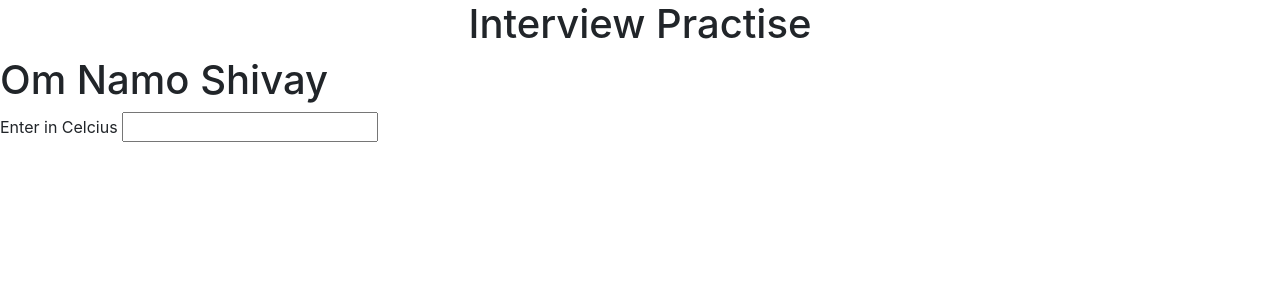
Repository: punitbathija/Machine-Round-React
Page: /
The author's editor kept a copy of each file at every save. The page is drawn from the files as they stood at one save, then again after the next save.
The browser window is 1280 px wide. The pictures show the whole page.
The project was rebuilt for these pictures with package versions that can differ from the ones it lists, and the page was loaded fresh each time. Also part of the build but not shown: src/components/counter.jsx, src/components/ProgressBar.js, src/components/CurrencyCoverter.js.

Above is the page before, as saved 2023-06-01 14:08:48.

After the next save:
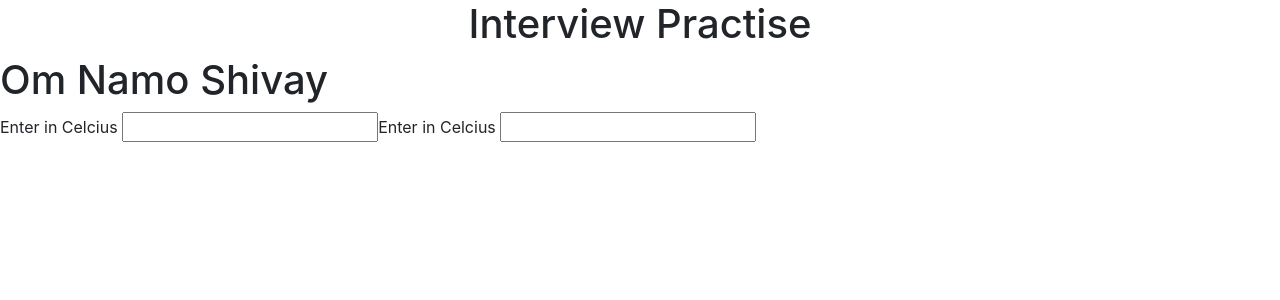
Saved 10 s later.
--- a/src/components/TempratureConveter.js
+++ b/src/components/TempratureConveter.js
@@ -8,6 +8,9 @@ const TempratureConveter = () => {
       <h1>Om Namo Shivay</h1>
       <span>Enter in Celcius </span>
       <input onChange={(e) => e.target.value} value={inCelcius} />
+
+      <span>Enter in Celcius </span>
+      <input onChange={(e) => e.target.value} value={inCelcius} />
     </div>
   );
 };
